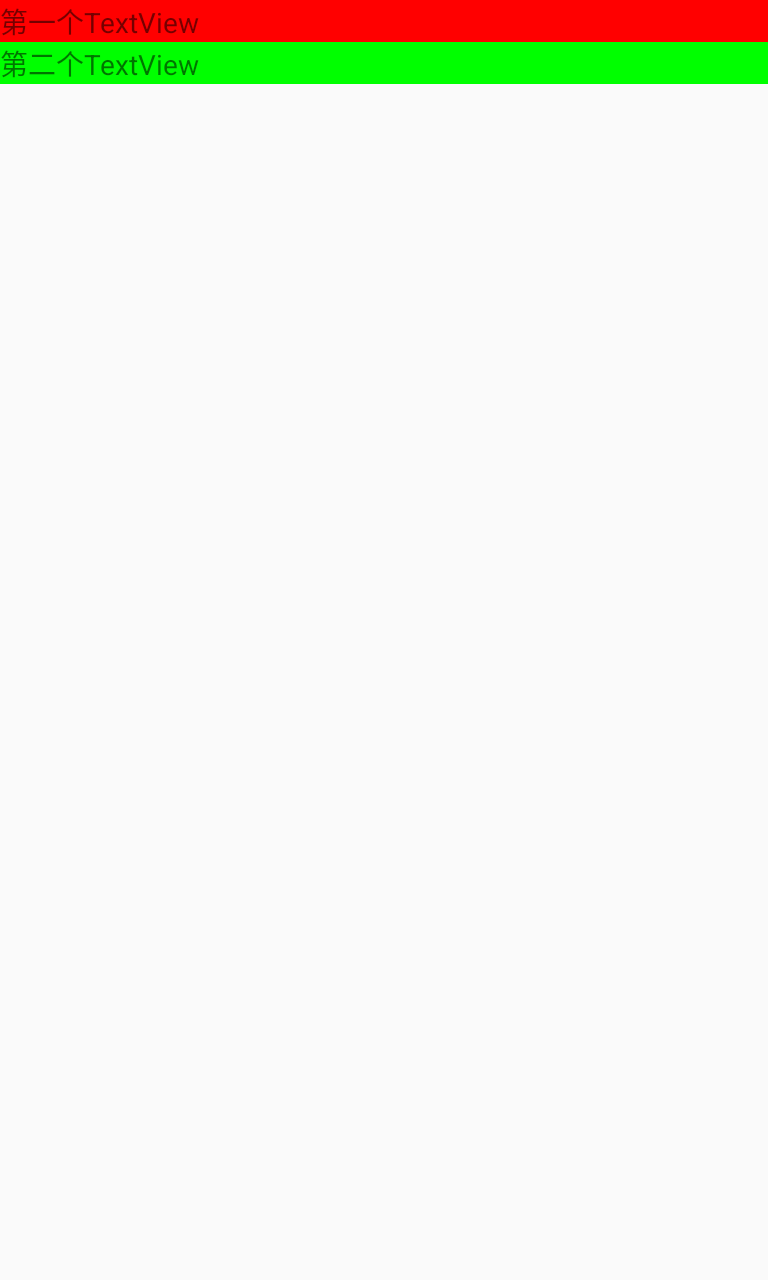
Repository: anqiongdy/androidworkspace
Layout: Layout/res/layout/first_layout.xml
An editor plug-in stored every save of this project. The layout is shown before and after the next save, followed by the edit.
It is drawn on a 768 x 1280 px phone screen (xhdpi) without system bars, with theme AppTheme; the app's code is not run.

Above is the layout before, as saved 2014-05-03 13:11:03.

After the next save:
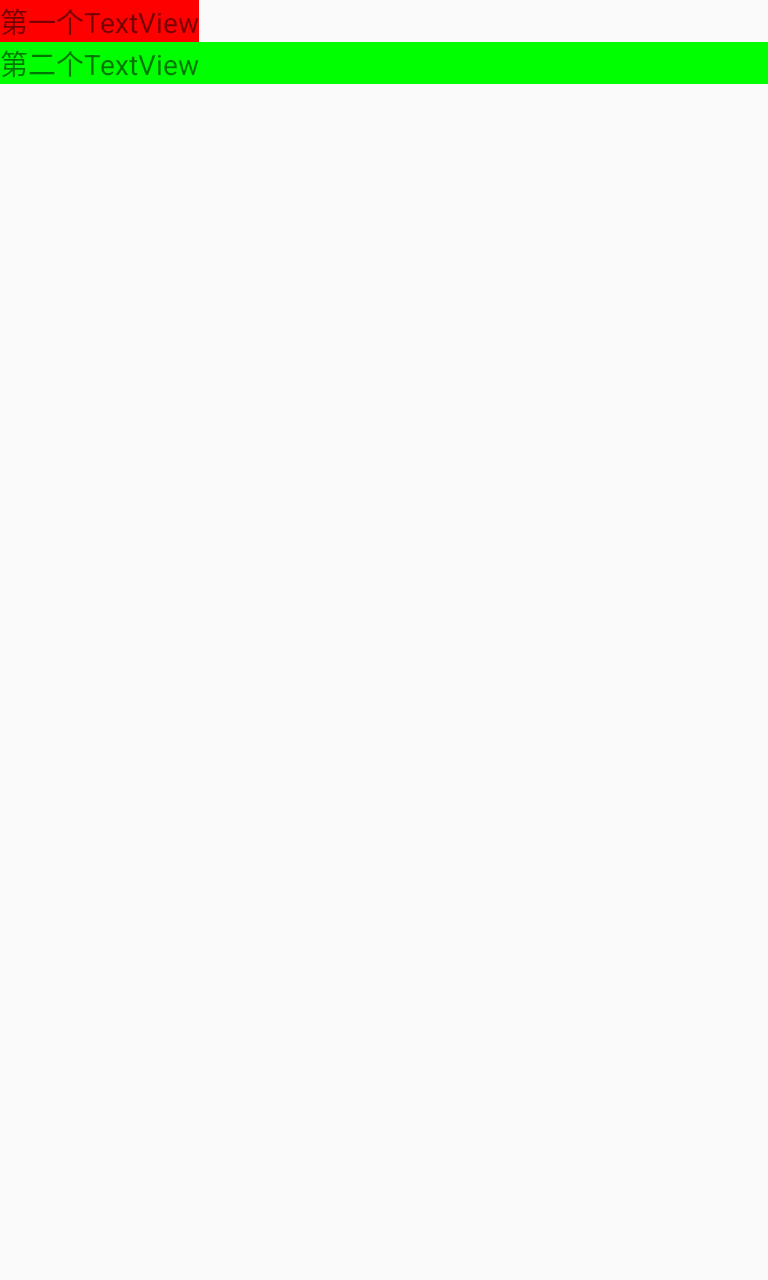
Saved 15 min 11 s later.
--- a/Layout/res/layout/first_layout.xml
+++ b/Layout/res/layout/first_layout.xml
@@ -4,7 +4,7 @@
     android:layout_height="match_parent"
     android:orientation="vertical" >
     <TextView
-        android:layout_width="match_parent"
+        android:layout_width="wrap_content"
         android:layout_height="wrap_content"
         android:background="#FF0000"
         android:text="第一个TextView"/>
